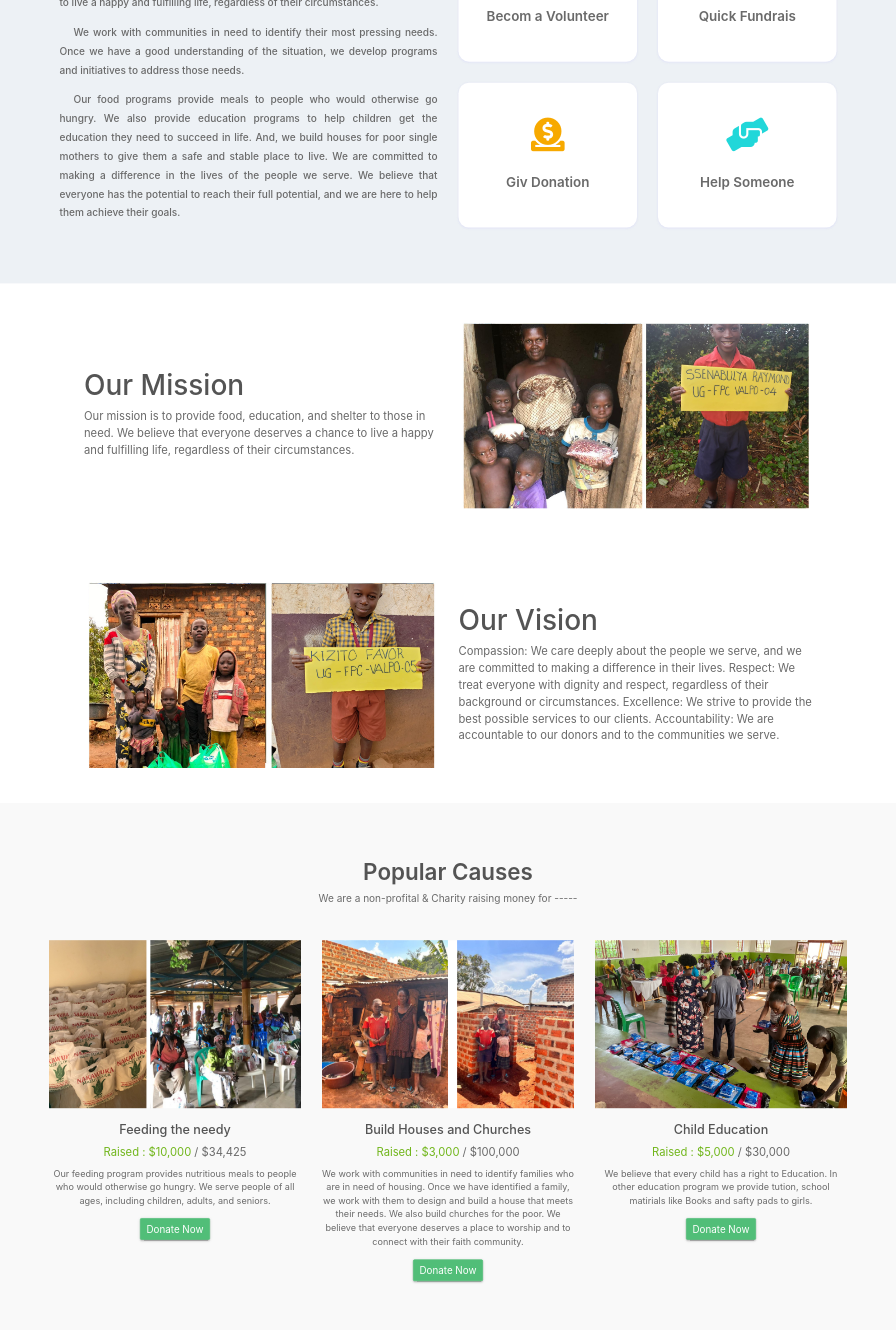
Repository: kluivert-ssali/Zziwa
Page: index.html
The author's editor kept a copy of each file at every save. The page is drawn from the files as they stood at one save, then again after the next save.
The browser window is 1280 px wide. The pictures show the part of the page from y = 1143 to 3043 px (the page is 5291 px tall), at 70% of full size.
Pictures or frames that could not be fetched are drawn as grey boxes. A picture or video elsewhere on the page could not be fetched, so the positions and the page height are approximate. Backgrounds fixed to the window are drawn as part of the page.

Above is the page before, as saved 2023-11-20 20:21:01.

After the next save:
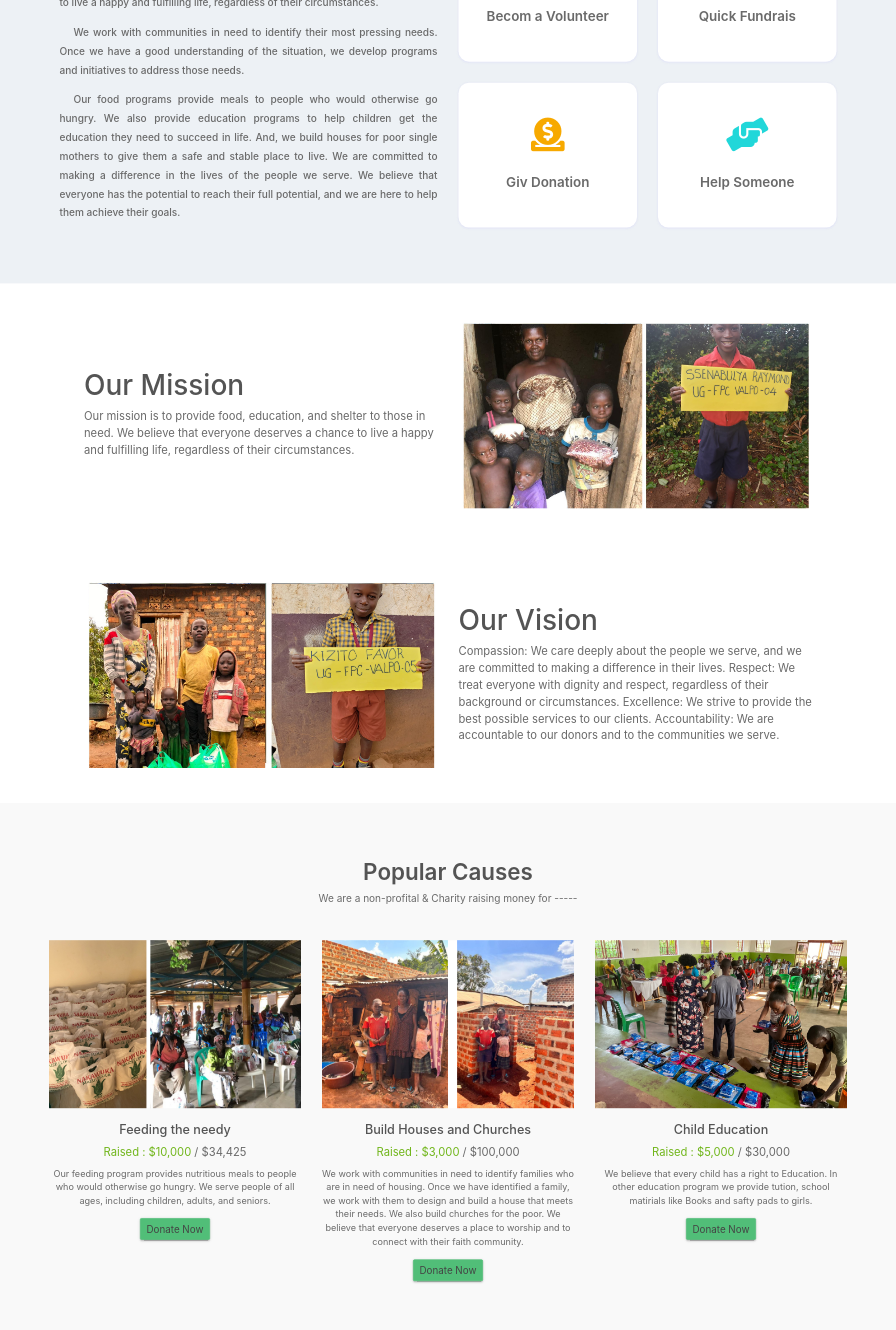
Saved 6 min 16 s later.
--- a/index.html
+++ b/index.html
@@ -301,9 +301,13 @@
               </p>
               <button
                 class="btn btn-success btn-sm"
-                href="https://flutterwave.com/donate/cqvprj4q11oa"
+
               >
-                Donate Now
+              <a
+              href="https://flutterwave.com/donate/cqvprj4q11oa"
+              target="_blank"
+              >Donate Now</a
+            >
               </button>
             </div>
           </div>
@@ -321,9 +325,12 @@
               </p>
               <button
                 class="btn btn-success btn-sm"
-                href="https://flutterwave.com/donate/cqvprj4q11oa"
               >
-                Donate Now
+              <a
+              href="https://flutterwave.com/donate/cqvprj4q11oa"
+              target="_blank"
+              >Donate Now</a
+            >
               </button>
             </div>
           </div>
@@ -339,9 +346,12 @@
               </p>
               <button
                 class="btn btn-success btn-sm"
-                href="https://flutterwave.com/donate/cqvprj4q11oa"
               >
-                Donate Now
+              <a
+              href="https://flutterwave.com/donate/cqvprj4q11oa"
+              target="_blank"
+              >Donate Now</a
+            >
               </button>
             </div>
           </div>
@@ -573,9 +583,11 @@
           </div>
           <div class="donate-link col-md-3">
             <a
+              class="btn btn-primary"
+              > <a
               href="https://flutterwave.com/donate/cqvprj4q11oa"
-              class="btn btn-primary"
-              ><span class="btn-title">Donate Now</span></a
+              target="_blank"
+              >Donate Now</a
             >
           </div>
         </div>
